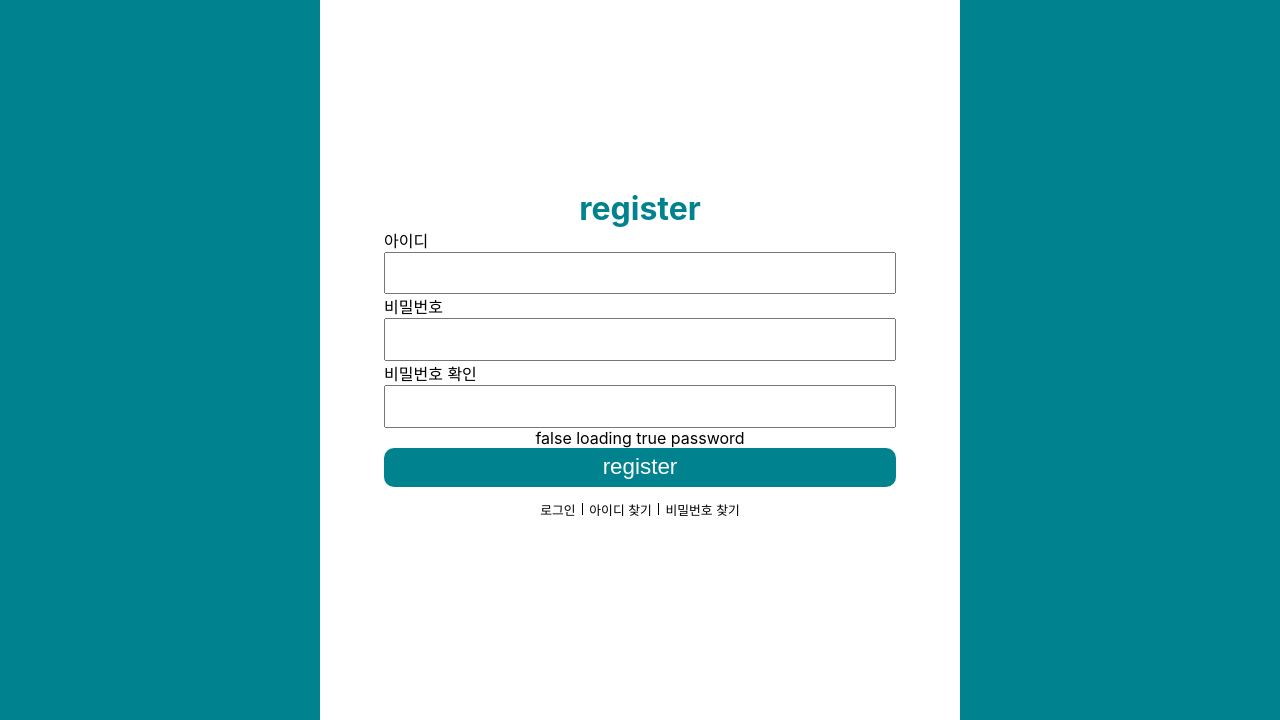
Repository: SeungYn/ticktickup-client
Page: /register
These files come from the project's save history. The page is drawn as it stood at one moment and after the next save; the edit follows.
The browser window is 1280 px wide. The pictures show the whole page.
The project was rebuilt for these pictures with package versions that can differ from the ones it lists, and the page was loaded fresh each time. Also part of the build but not shown: src/App.tsx, src/pages/Main.tsx, src/pages/TimeDetail.tsx, src/pages/MyInfo.tsx, src/containers/auth/LoginFormContainer.tsx, src/pages/LoginPage.tsx.

Above is the page before, as saved 2023-01-03 21:04:32.

### src/index.tsx
import React from 'react';
import ReactDOM from 'react-dom/client';
import { createBrowserRouter, RouterProvider } from 'react-router-dom';

import './index.css';
import App from './App';
import Main from './pages/Main';
import TimeDetail from './pages/TimeDetail';
import MyInfo from './pages/MyInfo';
import LoginContainer from './pages/LoginPage';
import RegisterPage from './pages/RegisterPage';
import { Provider } from 'react-redux';
import { store } from './modules';

const root = ReactDOM.createRoot(
  document.getElementById('root') as HTMLElement
);

const router = createBrowserRouter([
  {
    path: '/',
    element: <App />,
    children: [
      { index: true, element: <Main /> },
      {
        path: 'TimeDetail',
        element: <TimeDetail />,
      },
      {
        path: 'Myinfo',
        element: <MyInfo />,
      },
    ],
  },
  {
    path: 'Login',
    element: <LoginContainer />,
  },
  {
    path: 'register',
    element: <RegisterPage />,
  },
]);

root.render(
  <Provider store={store}>
    <RouterProvider router={router}></RouterProvider>
  </Provider>
);

### src/index.css
* {
  box-sizing: border-box;
}

html {
  height: 100%;
  width: 100%;
}

body {
  margin: 0;
  font-family: -apple-system, BlinkMacSystemFont, 'Segoe UI', 'Roboto', 'Oxygen',
    'Ubuntu', 'Cantarell', 'Fira Sans', 'Droid Sans', 'Helvetica Neue',
    sans-serif;
  -webkit-font-smoothing: antialiased;
  -moz-osx-font-smoothing: grayscale;
  height: 100%;
  width: 100%;
}

code {
  font-family: source-code-pro, Menlo, Monaco, Consolas, 'Courier New',
    monospace;
}

#root {
  height: 100%;
  width: 100%;
  background-color: #00838f;
  display: flex;
  justify-content: center;
}

input {
  outline: none;
}

h1,
h2 {
  margin: 0;
}

button {
  outline: none;
  background: none;
  border: none;
  cursor: pointer;
  padding: 0;
}

a {
  text-decoration: none;
  color: black;
}

a:visited {
  color: black;
}

### src/pages/RegisterPage.tsx
import React from 'react';
import RegisterFormContainer from '../containers/auth/RegisterFormContainer';

export default function RegisterPage() {
  const onSubmit = (e: React.FormEvent<HTMLFormElement>) => {
    e.preventDefault();
    console.log('submit');
  };
  return <RegisterFormContainer />;
}

### src/modules/index.ts
import { configureStore } from '@reduxjs/toolkit';
import authReducer from './auth';
import loadingReducer from './Loading';

export const store = configureStore({
  reducer: { auth: authReducer, loading: loadingReducer },
});
export type RootState = ReturnType<typeof store.getState>;
export type AppDispatch = typeof store.dispatch;

### src/containers/auth/RegisterFormContainer.tsx
import React from 'react';
import { useDispatch, useSelector } from 'react-redux';
import AuthForm from '../../components/auth/AuthForm';
import { AppDispatch, RootState } from '../../modules';
import { authRegister, changeField } from '../../modules/auth';

export default function RegisterFormContainer() {
  const { register } = useSelector((state: RootState) => state.auth);
  const { loading } = useSelector((state: RootState) => state);
  const dispatch = useDispatch<AppDispatch>();
  const onSubmit = (e: React.FormEvent<HTMLFormElement>) => {
    e.preventDefault();
    console.log('submit');
    dispatch(
      authRegister({ username: register.username, password: register.password })
    );
  };

  const onChange = (e: React.ChangeEvent<HTMLInputElement>) => {
    const { name, value } = e.target;
    dispatch(changeField({ form: 'register', name, value }));
  };

  return (
    <AuthForm
      type={'register'}
      form={register}
      onChange={onChange}
      onSubmit={onSubmit}
      loading={loading.loading}
      passwordMatch={register.passwordMatch}
    />
  );
}

### src/modules/auth.ts
import { AxiosResponse } from 'axios';
import {
  createAsyncThunk,
  createSlice,
  current,
  PayloadAction,
} from '@reduxjs/toolkit';
import { AppDispatch } from '.';
import AuthService from '../service/authService';
import { finishLoading, startLoading } from './Loading';

const authService = AuthService.getHttpInstance();

export interface AuthSuccessResponse {
  username: string;
  token: string;
}

export interface AuthFailResponse {
  error: string;
}

export type Register = {
  username: string;
  password: string;
  passwordConfirm: string;
  passwordMatch: boolean;
  [key: string]: string | boolean;
};

export type Login = {
  username: string;
  password: string;
  [key: string]: string;
};

export const authRegister = createAsyncThunk<
  { token: string; username: string },
  { username: string; password: string },
  {
    rejectValue: AuthFailResponse;
    dispatch: AppDispatch;
  }
>('auth/REGISTER', async (form, thunkAPI) => {
  console.log('async');
  console.log(thunkAPI);
  thunkAPI.dispatch(startLoading());
  try {
    const res = (await authService.signup(
      form.username,
      form.password
    )) as AxiosResponse;
    return res.data;
  } catch (e) {
    console.log(e, 'error');
    return thunkAPI.rejectWithValue({ error: e as string });
  } finally {
    thunkAPI.dispatch(finishLoading());
  }
});

export const authLogin = createAsyncThunk(
  'auth/LOGIN',
  async (form: Login, thunkAPI) => {
    thunkAPI.dispatch(startLoading());
    try {
      return { payload: { token: '123', username: '123' } };
    } catch (e) {
      return thunkAPI.rejectWithValue({ error: '123' });
    } finally {
      thunkAPI.dispatch(finishLoading());
    }
  }
);

interface InitialAuthFormState {
  register: Register;
  login: Login;
  authError: string | null | undefined;
  authDuplicateError: string | null;
  auth: null | { [key: string]: string };
}

const initialAuthFormState: InitialAuthFormState = {
  register: {
    username: '',
    password: '',
    passwordConfirm: '',
    passwordMatch: true,
  },

  login: {
    username: '',
    password: '',
  },
  authError: null,
  authDuplicateError: null,
  auth: null,
};

const authSlice = createSlice({
  name: 'authForm',
  initialState: initialAuthFormState,
  reducers: {
    changeField: (
      state,
      {
        payload,
      }: PayloadAction<{
        form: 'login' | 'register';
        value: string;
        name: string;
      }>
    ) => {
      const { form, name, value } = payload;

      state[form][name] = value;
      if (form === 'register') {
        if (state[form].password !== state[form].passwordConfirm)
          state[form].passwordMatch = false;
        else state[form].passwordMatch = true;
      }
    },
    initialForm: (
      state,
      { payload }: PayloadAction<{ form: 'login' | 'register' }>
    ) => {
      const { form } = payload;
      if (form === 'login') state[form] = initialAuthFormState[form];
      else state[form] = initialAuthFormState[form];
    },
  },
  extraReducers: (builder) => {
    builder
      .addCase(authRegister.pending, (state, action) => {
        console.log('pending auth');
      })
      .addCase(authRegister.fulfilled, (state, action) => {
        state.auth = action.payload;
        console.log('fulfilled auth');
      })
      .addCase(authRegister.rejected, (state, action) => {
        state.authError = action.payload?.error;
      })
      .addCase(authLogin.pending, (state, action) => {
        console.log('pending');
      })
      .addCase(authLogin.fulfilled, (state, action) => {
        console.log('fulfilled');
      })
      .addCase(authLogin.rejected, (state, action) => {
        console.log('rejected');
      });
  },
});

export const { changeField, initialForm } = authSlice.actions;

export default authSlice.reducer;

### src/modules/Loading.ts
import { createSlice } from '@reduxjs/toolkit';

const loadingSlice = createSlice({
  name: 'loading',
  initialState: { loading: false },
  reducers: {
    startLoading: (state) => {
      console.log('startLoading');
      state.loading = true;
    },
    finishLoading: (state) => {
      state.loading = false;
    },
  },
});

export const { startLoading, finishLoading } = loadingSlice.actions;
export default loadingSlice.reducer;

### src/components/auth/AuthForm.tsx
import styles from './authForm.modue.scss';
import classNames from 'classnames';
import AuthBtn from '../common/AuthBtn';
import { Link } from 'react-router-dom';
import { Login, Register } from '../../modules/auth';
import { AppDispatch } from '../../modules';
import React from 'react';
import { css } from 'styled-components';
const cx = classNames.bind(styles);
interface AuthFormType {
  type: string;
  form: Login | Register;
  loading?: boolean;
  passwordMatch?: boolean;
  onSubmit: (e: React.FormEvent<HTMLFormElement>) => void;
  onChange: (e: React.ChangeEvent<HTMLInputElement>) => void;
}

export default function AuthForm({
  type,
  form,
  onChange,
  onSubmit,
  loading,
  passwordMatch,
}: AuthFormType) {
  console.log(passwordMatch);
  return (
    <form className={cx('form')} onSubmit={onSubmit}>
      <h1>{type}</h1>
      <label htmlFor='username'>
        아이디
        <input
          type='text'
          name='username'
          onChange={onChange}
          value={form.username}
          required
        />
      </label>

      <label htmlFor='password'>
        비밀번호
        <input
          type='password'
          name='password'
          onChange={onChange}
          value={form.password}
          required
        />
      </label>
      {type === 'register' && (
        <label htmlFor='password'>
          <div>
            <span>비밀번호 확인</span>{' '}
            {!passwordMatch && (
              <span className={cx({ passwordNotMatch: !passwordMatch })}>
                비밀번호를 확인해 주세요
              </span>
            )}
          </div>
          <input
            type='password'
            name='passwordConfirm'
            value={form.passwordConfirm}
            onChange={onChange}
            required
          />
        </label>
      )}
      {`${loading} loading ${passwordMatch} password`}
      <AuthBtn title={type} />

      <div className={cx('footer')}>
        {type === 'login' ? (
          <Link to='/register' className={cx('footerBtn')}>
            회원가입
          </Link>
        ) : (
          <Link to='/login' className={cx('footerBtn')}>
            로그인
          </Link>
        )}
        <span className={cx('gap')}></span>
        <button className={cx('footerBtn')}>아이디 찾기</button>
        <span className={cx('gap')}></span>
        <button className={cx('footerBtn')}>비밀번호 찾기</button>
      </div>
    </form>
  );
}

### src/service/authService.ts
import { AxiosPromise, AxiosResponse } from 'axios';
import Http, { HttpInterface } from '../network/http';
export default class AuthService {
  private static instance: AuthService;

  private constructor(private http: HttpInterface) {}

  async signup(username: string, password: string) {
    const data = await this.http.fetch('/auth/signup', {
      method: 'POST',
      data: JSON.stringify({ username, password }),
    });
    console.log('data', data);
    return data;
  }

  public static getHttpInstance() {
    if (!AuthService.instance) {
      AuthService.instance = new AuthService(Http.getHttpInstance());
    }
    return AuthService.instance;
  }
}

### src/components/auth/authForm.modue.scss
@import '../../styles/utils.scss';

.form {
  width: 50%;
  height: 100%;
  display: flex;
  flex-direction: column;
  justify-content: center;
  align-items: center;
  background-color: $backgroundColor;

  padding: 0 4rem;

  & > *:not(label) {
    margin-bottom: 0.8rem;
  }

  & > h1 {
    margin: 0;
    color: $main-color;
  }

  & input {
    font-size: 1.4rem;
    padding: 0.4rem 0;
  }

  & label {
    width: 100%;
    display: flex;
    flex-direction: column;
  }
}

.footer {
  display: flex;
  align-items: center;
}

.gap {
  display: inline-block;
  height: 0.8rem;
  border-left: 1px solid black;
}

.footerBtn {
  font-size: 0.8rem;
  padding: 0 0.4rem;
}

.passwordNotMatch {
  color: red;
}

@media (max-width: 800px) {
  .form {
  }
}

### src/components/common/AuthBtn.tsx
import styled from 'styled-components';

interface AuthBtnType {
  title: string;
}

const StyledInput = styled.button`
  width: 100%;

  font-size: 1.4rem;
  border: none;
  background: #00838f;
  border-radius: 10px;
  padding: 0.4rem 0;
  color: white;
  &:hover {
    cursor: pointer;
  }
`;

export default function AuthBtn({ title }: AuthBtnType) {
  return <StyledInput>{title}</StyledInput>;
}

### src/network/http.ts
import axios, {
  AxiosError,
  AxiosInstance,
  AxiosInterceptorOptions,
  AxiosRequestConfig,
  AxiosResponse,
} from 'axios';

export interface HttpInterface {
  fetch: (
    url: string,
    options: AxiosRequestConfig
  ) => Promise<AxiosResponse | AxiosError>;
}

export default class Http implements HttpInterface {
  private static instance: Http;
  private readonly client: AxiosInstance;
  private constructor(baseURL: string) {
    this.client = axios.create({
      baseURL: baseURL,
      withCredentials: true,
    });
  }

  async fetch(
    url: string,
    options: AxiosRequestConfig
  ): Promise<AxiosResponse > {
    this.client.defaults.headers.post['Content-Type'] = 'application/json';
    const { data, method, headers } = options;
    const request = {
      url,
      method,
      headers: {
        ...headers,
      },
      data,
    };
    let res: AxiosResponse;

    try {
      res = await this.client(request);
      return res;
    } catch (e) {
      if (axios.isAxiosError(e)) {
        const message = e.response?.data?.message;
        if (message) {
          console.error(message);
          throw new Error(message);
        }
      }
      throw new Error('Connect Error');
    }
  }
  public static getHttpInstance() {
    if (!Http.instance) {
      Http.instance = new Http(process.env.REACT_APP_BASE_URL as string);
    }
    return Http.instance;
  }
}

const a: HttpInterface = Http.getHttpInstance();

### src/styles/utils.scss
@import '~include-media/dist/include-media';

$red: #fa5252;
$orange: #fd7e14;
$yellow: #fcc419;
$green: #40c057;
$blue: #339af0;
$indigo: #5c7cfa;
$violet: #7950f2;
$backgroundColor: white;
$main-color: #00838f;
$font-size-medium: 1.2rem;
@mixin square($size) {
  $calculated: 32px * $size;
  width: $calculated;
  height: $calculated;
}

Loaded but not shown: public/index.html (common file)

After the next save:
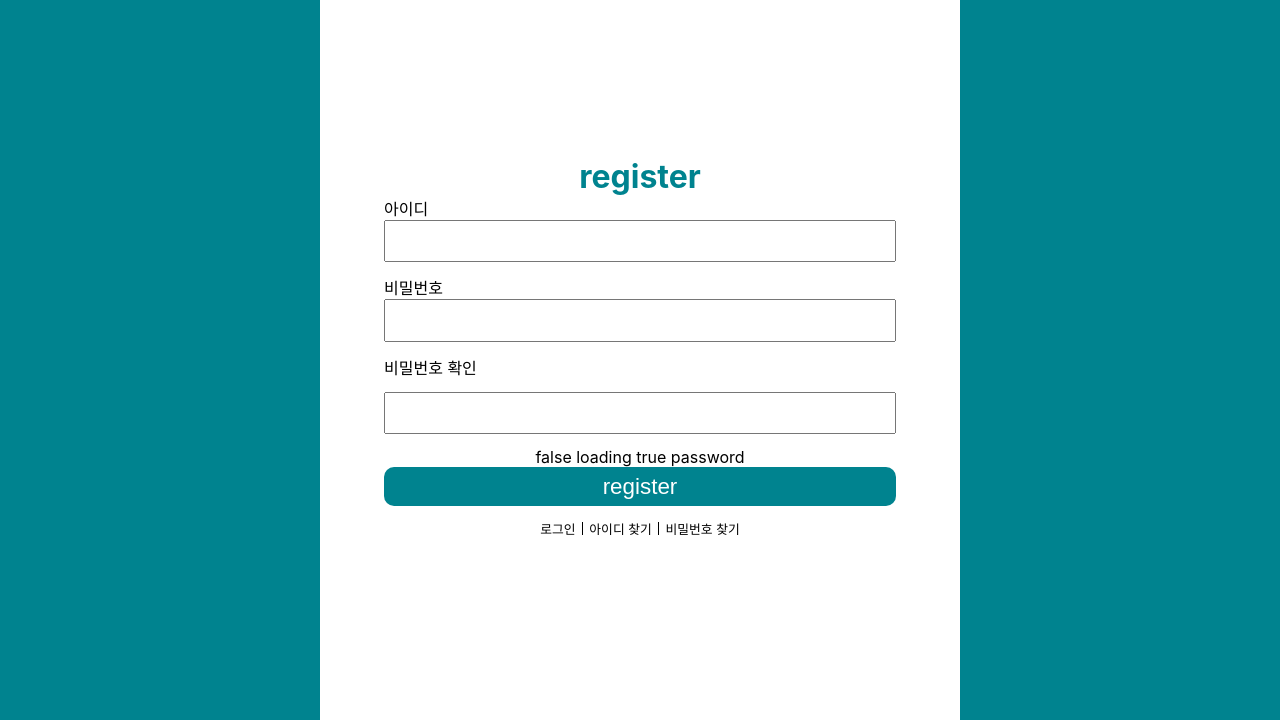
Saved 5 s later.
--- a/src/components/auth/authForm.modue.scss
+++ b/src/components/auth/authForm.modue.scss
@@ -11,7 +11,7 @@
 
   padding: 0 4rem;
 
-  & > *:not(label) {
+  & *:not(label) {
     margin-bottom: 0.8rem;
   }
 

After the save that followed:
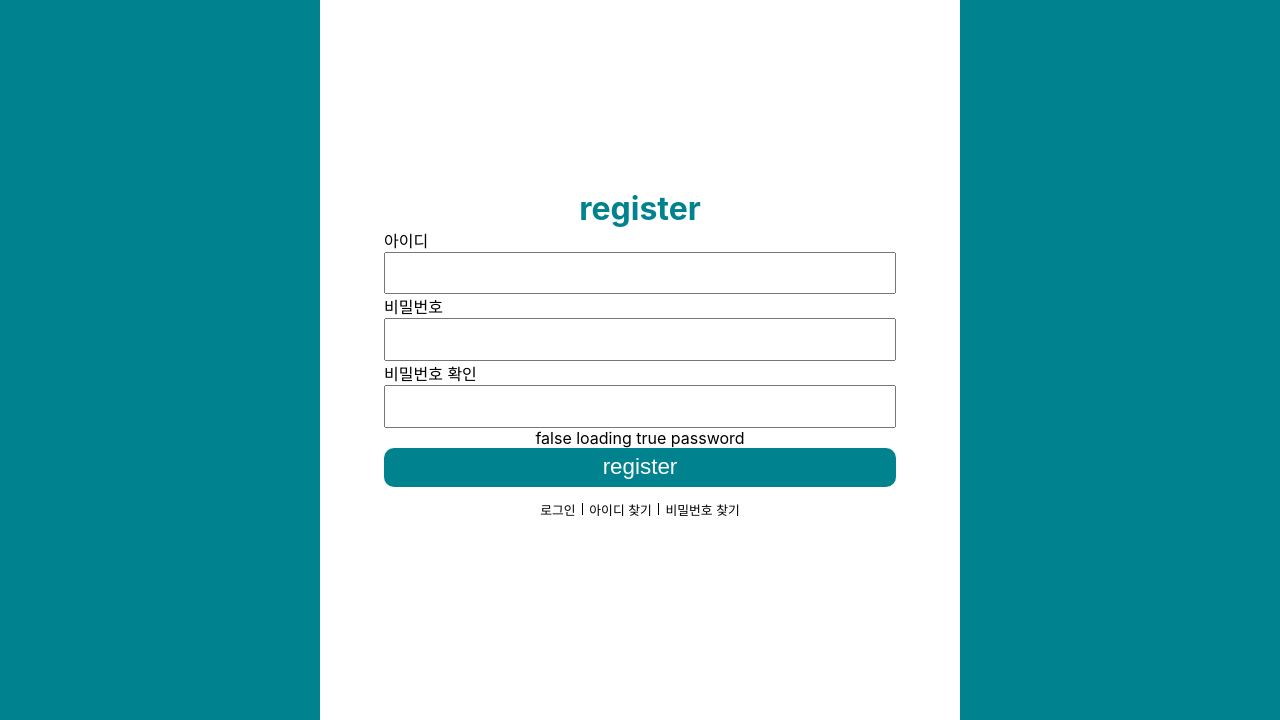
Saved 5 s later.
--- a/src/components/auth/authForm.modue.scss
+++ b/src/components/auth/authForm.modue.scss
@@ -11,7 +11,7 @@
 
   padding: 0 4rem;
 
-  & *:not(label) {
+  & > *:not(label) {
     margin-bottom: 0.8rem;
   }
 
